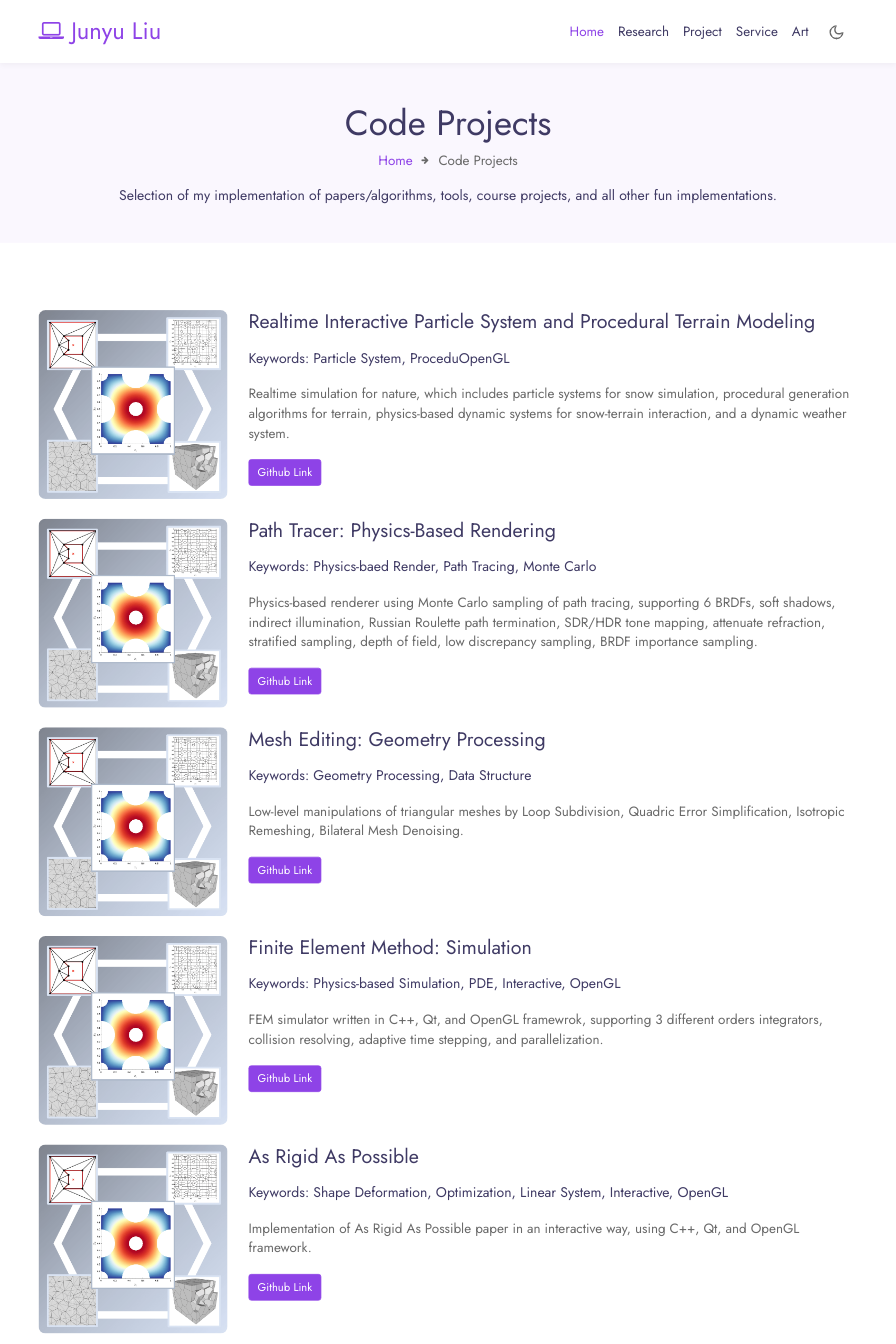
Repository: Junyu-Liu-Nate/junyu-liu-nate.github.io
Page: project.html
An editor plug-in stored every save of this project. The page is shown before and after a run of saves, followed by the edit.
The browser window is 1280 px wide. The pictures show the part of the page from y = 0 to 1920 px (the page is 3057 px tall), at 70% of full size.

Above is the page before, as saved 2024-04-10 19:16:58.
Console error: TypeError: Cannot read properties of null (reading 'classList')

### project.html
<!--
Author: Junyu Liu
Author: W3layouts
Author URL: http://w3layouts.com
-->
<!doctype html>
<html lang="en">

<head>
  <!-- Required meta tags -->
  <meta charset="utf-8">
  <meta name="viewport" content="width=device-width, initial-scale=1, shrink-to-fit=no">

  <title>Junyu Liu - Projects</title>

  <!-- google fonts -->
  <link href="//fonts.googleapis.com/css2?family=Jost:wght@300;400;600&display=swap" rel="stylesheet">

  <!-- Template CSS -->
  <link rel="stylesheet" href="assets/css/style-starter.css">
</head>

<body>
<!-- header -->
<header id="site-header" class="fixed-top">
  <div class="container">
      <nav class="navbar navbar-expand-lg stroke">
          <a class="navbar-brand" href="index.html">
              <span class="fa fa-laptop"></span> Junyu Liu
          </a>
          <!-- if logo is image enable this
      <a class="navbar-brand" href="#index.html">
          <img src="image-path" alt="Your logo" title="Your logo" style="height:35px;" />
      </a> -->
          <button class="navbar-toggler  collapsed bg-gradient" type="button" data-toggle="collapse"
              data-target="#navbarTogglerDemo02" aria-controls="navbarTogglerDemo02" aria-expanded="false"
              aria-label="Toggle navigation">
              <span class="navbar-toggler-icon fa icon-expand fa-bars"></span>
              <span class="navbar-toggler-icon fa icon-close fa-times"></span>
              </span>
          </button>

          <div class="collapse navbar-collapse" id="navbarTogglerDemo02">
            <ul class="navbar-nav ml-auto">
                <li class="nav-item active">
                    <a class="nav-link" href="index.html">Home <span class="sr-only">(current)</span></a>
                </li>
                <li class="nav-item @@research_active">
                    <a class="nav-link" href="research.html">Research</a>
                </li>
                <li class="nav-item @@project_active">
                  <a class="nav-link" href="project.html">Project</a>
                </li>
                <li class="nav-item @@service_active">
                  <a class="nav-link" href="service.html">Service</a>
                </li>
                <li class="nav-item @@art_active">
                    <a class="nav-link" href="art.html">Art</a>
                </li>
            </ul>
        </div>
          <!-- toggle switch for light and dark theme -->
          <div class="mobile-position">
              <nav class="navigation">
                  <div class="theme-switch-wrapper">
                      <label class="theme-switch" for="checkbox">
                          <input type="checkbox" id="checkbox">
                          <div class="mode-container">
                              <i class="gg-sun"></i>
                              <i class="gg-moon"></i>
                          </div>
                      </label>
                  </div>
              </nav>
          </div>
          <!-- //toggle switch for light and dark theme -->
      </nav>
  </div>
</header>
<!-- //header -->

<!-- about breadcrumb -->
<section class="w3l-about-breadcrumb text-center">
    <div class="breadcrumb-bg breadcrumb-bg-about py-sm-5 py-4">
        <div class="container py-2">
            <h2 class="title">Code Projects</h2>
            <ul class="breadcrumbs-custom-path mt-2">
                <li><a href="index.html">Home</a></li>
                <li class="active"><span class="fa fa-arrow-right mx-2" aria-hidden="true"></span> Code Projects </li>
            </ul>
            <br>
            <h5>Selection of my implementation of papers/algorithms, tools, course projects, and all other fun implementations.</h5>
        </div>
    </div>
</section>
<!-- //about breadcrumb -->

<!-- about page about section -->
<section class="w3l-aboutblock1" id="about">
    <div class="midd-w3 py-5">
        <div class="container py-lg-5 py-md-3">
              <div class="row">
                <div class="col-lg-3">
                  <div class="position-relative">
                      <img src="assets/images/project/thumnail/port-FEM-vs-VEM.png" alt="" class="radius-image img-fluid">
                  </div>
                </div>
                <div class="col-lg-9 mt-lg-0 mt-5">
                    <!-- <h5 class="title-small mb-2">Hello, I am UI/UX Designer</h5> -->
                    <h3 class="title">Realtime Interactive Particle System and Procedural Terrain Modeling</h3>
                    <br>
                    <h5>Keywords: Particle System, ProceduOpenGL</h5>
                    <br>
                    <p>
                      Realtime simulation for nature, which includes particle systems for snow simulation, procedural generation algorithms for terrain, physics-based dynamic systems for snow-terrain interaction, and a dynamic weather system.
                    </p>
                    <br>
                    <div>
                      <a href="https://github.com/Junyu-Liu-Nate/Realtime-Interactive-Particle-System-Procedural-Modeling-OpenGL" class="btn btn-primary">Github Link</a>
                    </div>
                </div>
            </div>

            <p><br></p>

            <div class="row">
              <div class="col-lg-3">
                <div class="position-relative">
                    <img src="assets/images/project/thumnail/port-FEM-vs-VEM.png" alt="" class="radius-image img-fluid">
                </div>
              </div>
              <div class="col-lg-9 mt-lg-0 mt-5">
                  <!-- <h5 class="title-small mb-2">Hello, I am UI/UX Designer</h5> -->
                  <h3 class="title">Path Tracer: Physics-Based Rendering</h3>
                  <br>
                  <h5>Keywords: Physics-baed Render, Path Tracing, Monte Carlo</h5>
                  <br>
                  <p>
                    Physics-based renderer using Monte Carlo sampling of path tracing, supporting 6 BRDFs, soft shadows, indirect illumination, Russian Roulette path termination, SDR/HDR tone mapping, attenuate refraction, stratified sampling, depth of field, low discrepancy sampling, BRDF importance sampling.
                  </p>
                  <br>
                  <div>
                    <a href="https://github.com/Junyu-Liu-Nate/Path-Tracer-Physics-Based-Rendering" class="btn btn-primary">Github Link</a>
                  </div>
              </div>
            </div>

            <p><br></p>

            <div class="row">
              <div class="col-lg-3">
                <div class="position-relative">
                    <img src="assets/images/project/thumnail/port-FEM-vs-VEM.png" alt="" class="radius-image img-fluid">
                </div>
              </div>
              <div class="col-lg-9 mt-lg-0 mt-5">
                  <!-- <h5 class="title-small mb-2">Hello, I am UI/UX Designer</h5> -->
                  <h3 class="title">Mesh Editing: Geometry Processing</h3>
                  <br>
                  <h5>Keywords: Geometry Processing, Data Structure</h5>
                  <br>
                  <p>
                    Low-level manipulations of triangular meshes by Loop Subdivision, Quadric Error Simplification, Isotropic Remeshing, Bilateral Mesh Denoising.
                  </p>
                  <br>
                  <div>
                    <a href="https://github.com/Junyu-Liu-Nate/Mesh-Editing-Geometry-Processing" class="btn btn-primary">Github Link</a>
                  </div>
              </div>
            </div>

            <p><br></p>

            <div class="row">
              <div class="col-lg-3">
                <div class="position-relative">
                    <img src="assets/images/project/thumnail/port-FEM-vs-VEM.png" alt="" class="radius-image img-fluid">
                </div>
              </div>
              <div class="col-lg-9 mt-lg-0 mt-5">
                  <!-- <h5 class="title-small mb-2">Hello, I am UI/UX Designer</h5> -->
                  <h3 class="title">Finite Element Method: Simulation</h3>
                  <br>
                  <h5>Keywords: Physics-based Simulation, PDE, Interactive, OpenGL</h5>
                  <br>
                  <p>
                    FEM simulator written in C++, Qt, and OpenGL framewrok, supporting 3 different orders integrators, collision resolving, adaptive time stepping, and parallelization.
                  </p>
                  <br>
                  <div>
                    <a href="https://github.com/Junyu-Liu-Nate/Finite-Element-Method-Simulation" class="btn btn-primary">Github Link</a>
                  </div>
              </div>
            </div>

            <p><br></p>

            <div class="row">
              <div class="col-lg-3">
                <div class="position-relative">
                    <img src="assets/images/project/thumnail/port-FEM-vs-VEM.png" alt="" class="radius-image img-fluid">
                </div>
              </div>
              <div class="col-lg-9 mt-lg-0 mt-5">
                  <!-- <h5 class="title-small mb-2">Hello, I am UI/UX Designer</h5> -->
                  <h3 class="title">As Rigid As Possible</h3>
                  <br>
                  <h5>Keywords: Shape Deformation, Optimization, Linear System, Interactive, OpenGL</h5>
                  <br>
                  <p>
                    Implementation of As Rigid As Possible paper in an interactive way, using C++, Qt, and OpenGL framework.
                  </p>
                  <br>
                  <div>
                    <a href="https://github.com/Junyu-Liu-Nate/As-Rigid-As-Possible" class="btn btn-primary">Github Link</a>
                  </div>
              </div>
            </div>

            <p><br></p>

            <div class="row">
              <div class="col-lg-3">
                <div class="position-relative">
                    <img src="assets/images/project/thumnail/port-FEM-vs-VEM.png" alt="" class="radius-image img-fluid">
                </div>
              </div>
              <div class="col-lg-9 mt-lg-0 mt-5">
                  <!-- <h5 class="title-small mb-2">Hello, I am UI/UX Designer</h5> -->
                  <h3 class="title">Interactive Drawing Board and Image Editor</h3>
                  <br>
                  <h5>Keywords: Interactive, Drawing Board, Filters, Sampling</h5>
                  <br>
                  <p>
                    2D interactive drawing board and image editor. The drawing board supports flexible brush flows (constant, linear, quadratic, smudge, spray, fill, and alpha blending), brush sizes, brush colors. The image editor supports image filtering (3 blurring filters, 2 edge detection), image scaling and roatation, tone mapping, etc.
                  </p>
                  <br>
                  <div>
                    <a href="https://github.com/Junyu-Liu-Nate/Interactive-Drawing-Board-and-Image-Editor" class="btn btn-primary">Github Link</a>
                  </div>
              </div>
            </div>

            <p><br></p>

            <div class="row">
              <div class="col-lg-3">
                <div class="position-relative">
                    <img src="assets/images/project/thumnail/port-FEM-vs-VEM.png" alt="" class="radius-image img-fluid">
                </div>
              </div>
              <div class="col-lg-9 mt-lg-0 mt-5">
                  <!-- <h5 class="title-small mb-2">Hello, I am UI/UX Designer</h5> -->
                  <h3 class="title">Ray Tracer: Photorealistic Rendering</h3>
                  <br>
                  <h5>Keywords: Render, Ray Tracing, Illumination, Data Structure</h5>
                  <br>
                  <p>
                    Ray Tracer which supports 4 BRDFs, implict/explicit shape rendering, advanced lighting, texture mapping,anti-aliasing, super-sampling, filtering, depth of field, soft shadow, acceleration, parallelization, etc.
                  </p>
                  <br>
                  <div>
                    <a href="https://github.com/Junyu-Liu-Nate/Ray-Tracer-Photorealistic-Rendering" class="btn btn-primary">Github Link</a>
                  </div>
              </div>
            </div>

            <p><br></p>

            <div class="row">
              <div class="col-lg-3">
                <div class="position-relative">
                    <img src="assets/images/project/thumnail/port-FEM-vs-VEM.png" alt="" class="radius-image img-fluid">
                </div>
              </div>
              <div class="col-lg-9 mt-lg-0 mt-5">
                  <!-- <h5 class="title-small mb-2">Hello, I am UI/UX Designer</h5> -->
                  <h3 class="title">Realtime Interactive Rasterizor: OpenGL</h3>
                  <br>
                  <h5>Keywords: Render, Rasterization, Illumination, Interacive, OpenGL</h5>
                  <br>
                  <p>
                    Realtime rasterizor with interactive support, including 4 BRDFs, implicit/explicit shape rendering, interactive camera movements, FBO, texture mapping, FXAA, adaptive level of detail, etc.
                  </p>
                  <br>
                  <div>
                    <a href="https://github.com/Junyu-Liu-Nate/Realtime-Interactive-Rasterizor-OpenGL" class="btn btn-primary">Github Link</a>
                  </div>
              </div>
            </div>

            <p><br></p>
        </div>

    </div>
    </div>
    </div>
</section>
<!-- //about page about section -->

<!-- about page third section -->
<!-- <section class="w3l-content-6 py-5">
    <div class="content-6-mian py-lg-5 py-md-4">
        <div class="container">
            <div class="content-info-in row">
                <div class="content-gd col-lg-6">
                    <h3 class="title-big mb-4">My Research Journey</h3>
                    <p>
                      I began with several Human-Computer Interaction works, focusing on (semi-)autonomous vehicles, with an exploration in interactive toolkit designs, privacy protection techniques, and multi-modal predictions of statistics.
                      <br><br>

                      I pusue my love of Computer Graphics and dig deeper into Physics-based character animation, Geometry Processing, and Simulation. Now, my main interest is Geometry Processing and Digital Fabrication.
                    </p>
                </div>
                <div class="content-gd col-lg-4 offset-lg-1">
                    <br><br><br>
                    <h5><b>Project Topic Coverage</b></h5><br>
                    <div class="progress-info">
                        <h6 class="progress-tittle">Computer Graphics</h6>
                        <div class="progress">
                            <div class="progress-bar progress-bar-striped" role="progressbar" style="width: 36%"
                                aria-valuenow="36" aria-valuemin="0" aria-valuemax="100">
                            </div>
                        </div>
                    </div>
                    <div class="progress-info">
                        <h6 class="progress-tittle">Machine Learning
                        </h6>
                        <div class="progress">
                            <div class="progress-bar progress-bar-striped" role="progressbar" style="width: 55%"
                                aria-valuenow="55" aria-valuemin="0" aria-valuemax="100">
                            </div>
                        </div>
                    </div>
                    <div class="progress-info">
                        <h6 class="progress-tittle">Human-Computer-Interaction</h6>
                        <div class="progress">
                            <div class="progress-bar progress-bar-striped" role="progressbar" style="width: 64%"
                                aria-valuenow="64" aria-valuemin="0" aria-valuemax="100">
                            </div>
                        </div>
                    </div>
                </div>
            </div>
        </div>
    </div>
</section> -->
<!-- about page third section -->

<!-- Footer -->
<section class="w3l-footer py-sm-5 py-4">
  <div class="container">
    <div class="footer-content">
      <div class="row">
        <div class="col-lg-8 footer-left">
          <p class="m-0">Junyu Liu © Copyright 2023. (Acknowledge: Template originally designed by <a href="https://w3layouts.com">W3layouts</a>)</p>
        </div>
        <div class="col-lg-4 footer-right text-lg-right text-center mt-lg-0 mt-3">
          <ul class="social m-0 p-0">
            <li><a href="#facebook"><span class="fa fa-facebook-official"></span></a></li>
            <li><a href="#linkedin"><span class="fa fa-linkedin-square"></span></a></li>
            <li><a href="#instagram"><span class="fa fa-instagram"></span></a></li>
            <li><a href="#twitter"><span class="fa fa-twitter"></span></a></li>
          </ul>
        </div>
      </div>
    </div>
  </div>

  <!-- move top -->
  <button onclick="topFunction()" id="movetop" title="Go to top">
    <span class="fa fa-angle-up"></span>
  </button>
  <script>
    // When the user scrolls down 20px from the top of the document, show the button
    window.onscroll = function () {
      scrollFunction()
    };

    function scrollFunction() {
      if (document.body.scrollTop > 20 || document.documentElement.scrollTop > 20) {
        document.getElementById("movetop").style.display = "block";
      } else {
        document.getElementById("movetop").style.display = "none";
      }
    }

    // When the user clicks on the button, scroll to the top of the document
    function topFunction() {
      document.body.scrollTop = 0;
      document.documentElement.scrollTop = 0;
    }
  </script>
  <!-- /move top -->
</section>
<!-- //Footer -->

<!-- all js scripts and files here -->

<script src="assets/js/theme-change.js"></script><!-- theme switch js (light and dark)-->

<script src="assets/js/jquery-3.3.1.min.js"></script><!-- default jQuery -->

<!-- /typig-text-->
<script>
  const typedTextSpan = document.querySelector(".typed-text");
  const cursorSpan = document.querySelector(".cursor");

  const textArray = ["UI/UX Designer", "Freelancer", "Web developer"];
  const typingDelay = 200;
  const erasingDelay = 10;
  const newTextDelay = 100; // Delay between current and next text
  let textArrayIndex = 0;
  let charIndex = 0;

  function type() {
    if (charIndex < textArray[textArrayIndex].length) {
      if (!cursorSpan.classList.contains("typing")) cursorSpan.classList.add("typing");
      typedTextSpan.textContent += textArray[textArrayIndex].charAt(charIndex);
      charIndex++;
      setTimeout(type, typingDelay);
    } else {
      cursorSpan.classList.remove("typing");
      setTimeout(erase, newTextDelay);
    }
  }

  function erase() {
    if (charIndex > 0) {
      // add class 'typing' if there's none
      if (!cursorSpan.classList.contains("typing")) {
        cursorSpan.classList.add("typing");
      }
      typedTextSpan.textContent = textArray[textArrayIndex].substring(0, 0);
      charIndex--;
      setTimeout(erase, erasingDelay);
    } else {
      cursorSpan.classList.remove("typing");
      textArrayIndex++;
      if (textArrayIndex >= textArray.length) textArrayIndex = 0;
      setTimeout(type, typingDelay);
    }
  }

  document.addEventListener("DOMContentLoaded", function () { // On DOM Load initiate the effect
    if (textArray.length) setTimeout(type, newTextDelay + 250);
  });
</script>
<!-- //typig-text-->

<!-- services owlcarousel -->
<script src="assets/js/owl.carousel.js"></script>

<!-- script for services -->
<script>
  $(document).ready(function () {
    $('.owl-two').owlCarousel({
      loop: true,
      margin: 30,
      nav: false,
      responsiveClass: true,
      autoplay: false,
      autoplayTimeout: 5000,
      autoplaySpeed: 1000,
      autoplayHoverPause: false,
      responsive: {
        0: {
          items: 1,
          nav: false
        },
        480: {
          items: 1,
          nav: false
        },
        700: {
          items: 1,
          nav: false
        },
        1090: {
          items: 3,
          nav: false
        }
      }
    })
  })
</script>
<!-- //script for services -->

<!-- script for tesimonials carousel slider -->
<script>
  $(document).ready(function () {
    $("#owl-demo1").owlCarousel({
      loop: true,
      margin: 20,
      nav: false,
      responsiveClass: true,
      responsive: {
        0: {
          items: 1,
          nav: false
        },
        736: {
          items: 1,
          nav: false
        },
        1000: {
          items: 2,
          nav: false,
          loop: false
        }
      }
    })
  })
</script>
<!-- //script for tesimonials carousel slider -->

<!-- video popup -->
<script src="assets/js/jquery.magnific-popup.min.js"></script>
<script>
  $(document).ready(function () {
    $('.popup-with-zoom-anim').magnificPopup({
      type: 'inline',

      fixedContentPos: false,
      fixedBgPos: true,

      overflowY: 'auto',

      closeBtnInside: true,
      preloader: false,

      midClick: true,
      removalDelay: 300,
      mainClass: 'my-mfp-zoom-in'
    });

    $('.popup-with-move-anim').magnificPopup({
      type: 'inline',

      fixedContentPos: false,
      fixedBgPos: true,

      overflowY: 'auto',

      closeBtnInside: true,
      preloader: false,

      midClick: true,
      removalDelay: 300,
      mainClass: 'my-mfp-slide-bottom'
    });
  });
</script>
<!-- //video popup -->

<!-- stats number counter-->
<script src="assets/js/jquery.waypoints.min.js"></script>
<script src="assets/js/jquery.countup.js"></script>
<script>
  $('.counter').countUp();
</script>
<!-- //stats number counter -->

<!-- disable body scroll which navbar is in active -->
<script>
  $(function () {
    $('.navbar-toggler').click(function () {
      $('body').toggleClass('noscroll');
    })
  });
</script>
<!-- disable body scroll which navbar is in active -->

<!--/MENU-JS-->
<script>
  $(window).on("scroll", function () {
    var scroll = $(window).scrollTop();

    if (scroll >= 80) {
      $("#site-header").addClass("nav-fixed");
    } else {
      $("#site-header").removeClass("nav-fixed");
    }
  });

  //Main navigation Active Class Add Remove
  $(".navbar-toggler").on("click", function () {
    $("header").toggleClass("active");
  });
  $(document).on("ready", function () {
    if ($(window).width() > 991) {
      $("header").removeClass("active");
    }
    $(window).on("resize", function () {
      if ($(window).width() > 991) {
        $("header").removeClass("active");
      }
    });
  });
</script>
<!--//MENU-JS-->

<!-- bootstrap js -->
<script src="assets/js/bootstrap.min.js"></script>

</body>

</html>

Loaded but not shown: assets/css/style-starter.css (library); assets/js/theme-change.js (common file); assets/js/jquery-3.3.1.min.js (library); assets/js/owl.carousel.js (library); assets/js/jquery.magnific-popup.min.js (library); assets/js/jquery.waypoints.min.js (library); assets/js/jquery.countup.js (common file); assets/js/bootstrap.min.js (library)

After the next 3 saves:
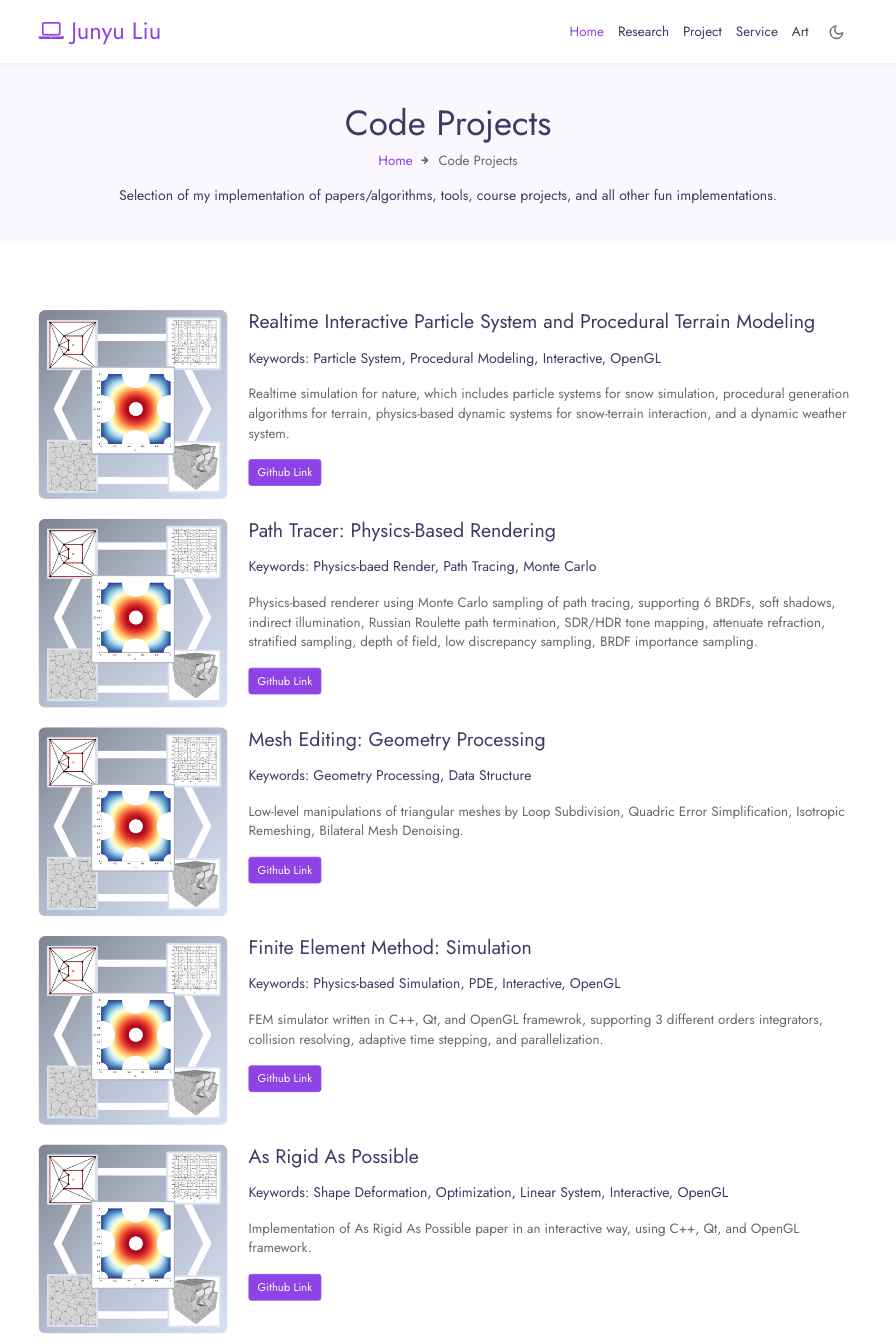
The 3 saves are shown as one change because they came seconds apart.
The last was saved 13 s later.
--- a/project.html
+++ b/project.html
@@ -109,7 +109,7 @@ Author URL: http://w3layouts.com
                     <!-- <h5 class="title-small mb-2">Hello, I am UI/UX Designer</h5> -->
                     <h3 class="title">Realtime Interactive Particle System and Procedural Terrain Modeling</h3>
                     <br>
-                    <h5>Keywords: Particle System, ProceduOpenGL</h5>
+                    <h5>Keywords: Particle System, Procedural Modeling, Interactive, OpenGL</h5>
                     <br>
                     <p>
                       Realtime simulation for nature, which includes particle systems for snow simulation, procedural generation algorithms for terrain, physics-based dynamic systems for snow-terrain interaction, and a dynamic weather system.
